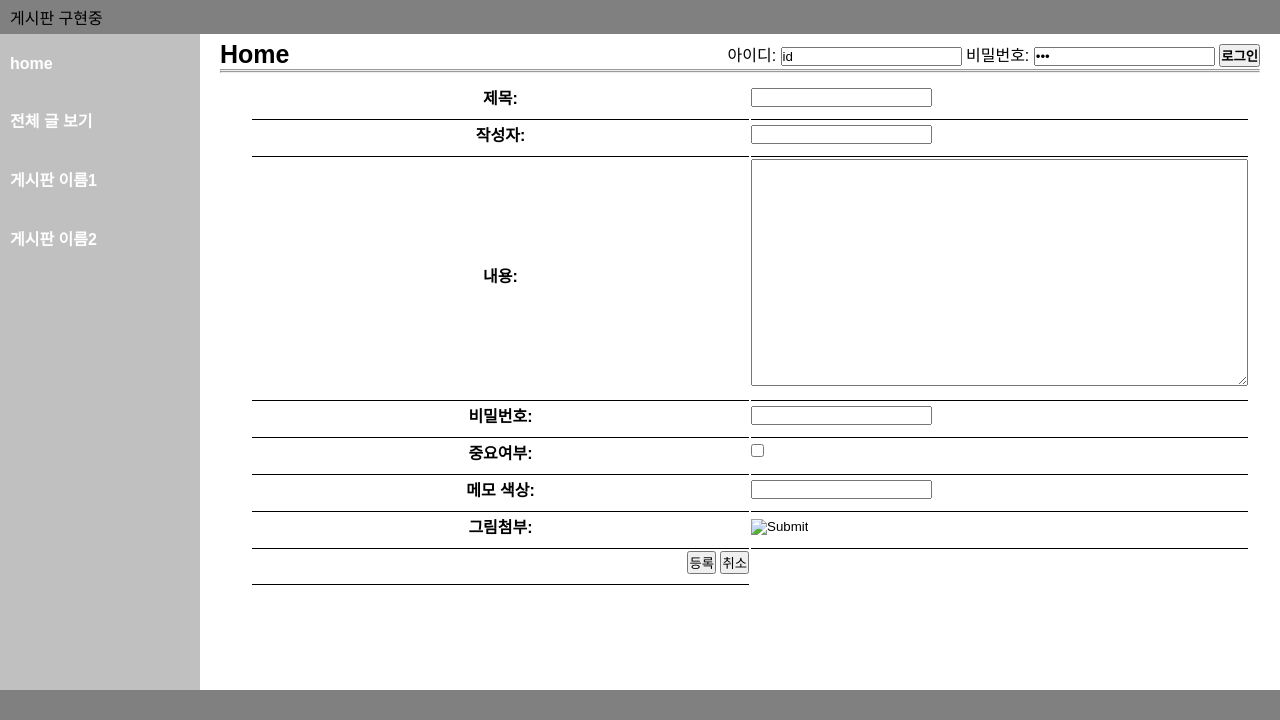
Repository: hyeon-jin-park/study
Page: work/internet_programing/Test_final/public/input.html
These files come from the project's save history. The page is drawn as it stood at one moment and after the next save; the edit follows.
The browser window is 1280 px wide. The pictures show the whole page.

Above is the page before, as saved 2025-03-19 10:29:09.

### work/internet_programing/Test_final/public/input.html
<!DOCTYPE html>
<html lang="ko">
<head>

    <meta charset="UTF-8">
    <meta name="viewport" content="width=device-width, initial-scale=1.0">
    <title>input.html</title>
	<link rel="stylesheet" href="layout.css">
	<link rel="stylesheet" href="board.css">
	<style>
	* { margin: 0; padding: 0; box-sizing: border-box; }
	body { font-family: Arial, sans-serif; }

	#login_button{
		text-align:center;
		font-weight:bold;

	}
	</style>

</head>


<body>

    <div class="header">
        <div class="header_name">게시판 구현중</div>



    </div>
    <div class="sidebar">
    	<ul class="sidebar">
    		<li><a href="home.html">home</a></li>
    		<li><a href="#">전체 글 보기</a></li>
    		<li><a href="#">게시판 이름1</a></li>
    		<li><a href="#">게시판 이름2</a></li>

    	</ul>
    </div>
    <div class="content">
    <div class="board_title">
    		<h1>Home</h1>
    			<form>
    			아이디: <input type="text" name="아이디" value="id">
    			비밀번호: <input type="password" name="비밀번호" value="pwd">
    			<button id="login_button" type="submit" >로그인</button>
    			</form>
    	</div>
    	<hr>
    	<hr>
    	<div style="padding-left:20px">
    		<table class="input_form">
    			<tr>
    				<th>제목: </th>
    				<td><input type="text" name="제목"></td>
    			</tr>
    			<tr>
    				<th>작성자: </th>
    				<td><input type="text" name="작성자"></td>
    			</tr>
    			<tr>
    				<th>내용: </th>
    				<td><textarea rows="15" cols="60"></textarea></td>
    			</tr>
    			<tr>
    				<th>비밀번호: </th>
    				<td><input type="password" name="등록 비밀번호"></td>
    			</tr>
    			<tr>
    				<th>중요여부: </th>
    				<td><input type="checkbox" name="중요도"></td>
    			</tr>
    			<tr>
    				<th>메모 색상: </th>
    				<td><input type="text" name="제목"></td>
    			</tr>
    			<tr>
    				<th>그림첨부: </th>
    				<td><input type="image" name="그림"></td>
    			</tr>
    			<tr style="border-bottom:none;text-align:right">
    				<td rowspan="2">
    				<button type="submit">등록</button>
    				<button type="reset">취소</button>
    				</td>
    			</tr>

    		</table>
    	</div>
    </div>

    <div class="footer">
    	<h1></h1>
    </div>

</body>
</html>

### work/internet_programing/Test_final/public/layout.css
@charset "UTF-8";

.header {
            background-color: gray;
            color: black;
            padding: 5px 10px;
            display: flex;
            justify-content: space-between;
            align-items: center;
            width: 100%;
            position: fixed;
            z-index: 1000;
    		border-collapse: collapse;
    		table-layout: fixed;
        }


        .sidebar {
        	margin-top: 30px;
    		width: 200px;
    		background-color: silver;
    		color: black;
    		padding: 20px;
    		position: fixed;
    		height: 100vh;
    		top: 0;
    		left: 0;
		}

		.sidebar ul {
    		list-style: none;
    		padding: 0;
		}

		.sidebar ul li {
   		 margin: 15px 0;
		}

		.sidebar a {
    		text-decoration: none;
    		color: white;
   		    font-weight: bold;
   		 	display: block;
    		padding: 10px;
    		border-radius: 5px;
		}

		.sidebar a:hover {
    		background-color: #555;
		}


		.content {
			margin-top: 40px;
			position: fixed;
			z-index: 999;
    		margin-left: 200px;
    		padding: 20px;
    		padding-top: 0px;
		}
		.board_title{
			margin:0px;
			padding: 0px;
			display: flex;
            justify-content: space-between;
            align-items: center;
            width: 100%;
		}
		.board_title ul{
			list-style: none;
			padding:0;
		}

		.board_title a {
    		text-decoration: none;
    		color: black;
   		    font-weight: bold;
   		 	display: block;
    		padding: 10px;
    		border-radius: 5px;
		}

		.board_title h1{
			font-size: 25px;

		}
		.input_form th, td{
			width:100%;
			margin:10px;
			padding-bottom:10px;
			border-bottom: 1px solid black;
		}
		.input_form {

  			padding: 10px;
		}


		.footer {
    		background-color: gray;
    		color: white;
    		text-align: center;
    		height: 30px;
    		padding: 5px 0;
    		position: fixed;
    		bottom: 0;
    		width: 100%;
    		z-index: 1000;
    		box-sizing: border-box;
		}

### work/internet_programing/Test_final/public/board.css
@charset "UTF-8";

.board {
	background-color: white;
	color: black;
	padding: 20px 20px;
	width: 100%;
}



.board th {
	padding: 10px;
    text-align: center;
    vertical-align: middle;
    font-size: 10px;
}

.board th:nth-child(1),
.board td:nth-child(1){
	width: 100px;
}
.board th:nth-child(2),
.board td:nth-child(2){
	width: 600px;
}
.board th:nth-child(3),
.board td:nth-child(3){
	width: 100px;
}
.board th:nth-child(4),
.board td:nth-child(4){
	width: 200px;
}

After the next save:
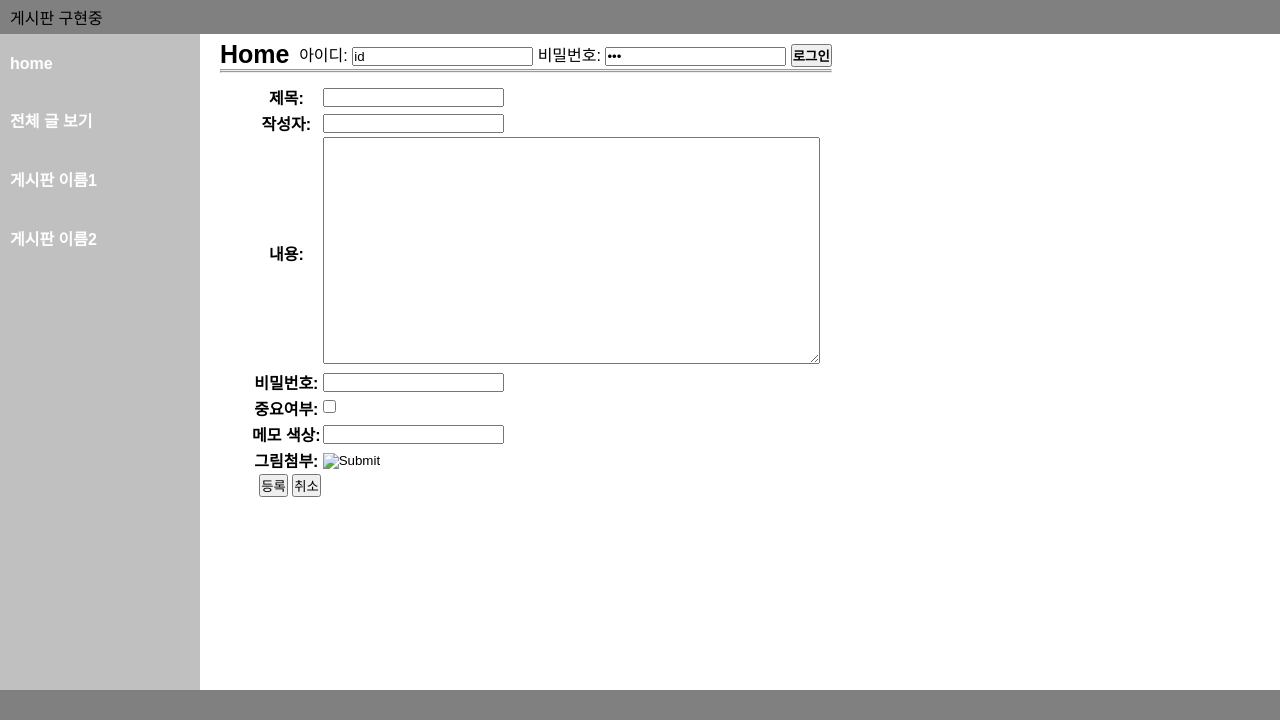
Saved 6 min 27 s later.
--- a/work/internet_programing/Test_final/public/layout.css
+++ b/work/internet_programing/Test_final/public/layout.css
@@ -84,7 +84,8 @@
 			font-size: 25px;
 
 		}
-		.input_form th, td{
+		.input_form tr{
+		    white-space: nowrap;
 			width:100%;
 			margin:10px;
 			padding-bottom:10px;
